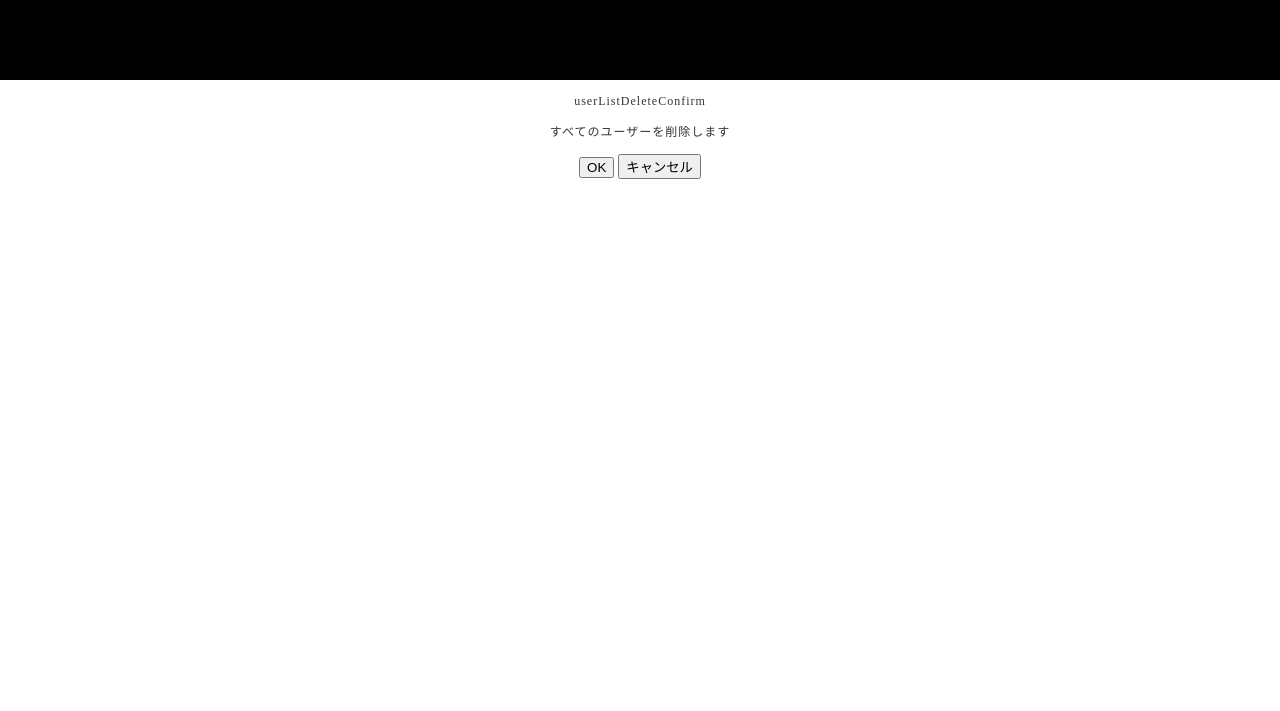
Repository: kazuki000/test
Page: http://localhost/ecsite/userListDeleteConfirm.jsp
These files come from the project's save history. The page is drawn as it stood at one moment and after the next save; the edit follows.
The browser window is 1280 px wide. The pictures show the whole page.
Some web libraries are served in a nearby version. The page is served by Tomcat 9. Other server files are loaded and not shown.

Above is the page before, as saved 2019-05-04 08:31:36.

### ecsite/WebContent/userListDeleteConfirm.jsp
<%@ page language="java" contentType="text/html; charset=UTF-8"
    pageEncoding="UTF-8"%>
<%@ taglib prefix="s" uri="/struts-tags"%>
<!DOCTYPE html PUBLIC "-//W3C//DTD HTML 4.01 Transitional//EN" "http://www.w3.org/TR/html4/loose.dtd">
<html>
<head>
	<meta http-equiv="Content-Type" content="text/html; charset=UTF-8">
	<meta http-equiv="Content-Style-Type" content="text/css"/>
	<meta http-equiv="Content-Script-Type" content="text/javascript"/>
	<meta http-equiv="imagetoolbar" content="no"/>
	<meta http-equiv="description" content=""/>
	<meta http-equiv="keywords" content=""/>
	<script src="http://ajax.googleapis.com/ajax/libs/jquery/1.9.1/jquery.min.js"></script>
	<title>Insert title here</title>

	<style type="text/css">

	body{
		margin:0;
		padding:0;
		line-height:1.6;
		letter-spacing:1px;
		font-size:12px;
		color:#333;
		background:#fff;
	}

	table{
		text-align:center;
		margin:0 auto;
	}

	#header{
		width:100%;
		height:80px;
		background-color:black;
	}

	#top{
		width:780px;
		text-align:center;
		border:1px solid black;
	}

	#main{
		width:100%;
		height:500px;
		text-align:center;
	}

	#footer{
		width:100%;
		height:80px;
		background-color:black;
	}

	</style>

	 <script type="text/javascript">
              function submitAction(url){
                       $('form').attr('action',url);
                       $('form').submit();
              }
      </script>

</head>
<body>
	<div id="header">
			<div id="pr">
			</div>
	</div>
	<div id="main">
			<div id="pr">
					<p>userListDeleteConfirm</p>
			</div>
				<p>すべてのユーザーを削除します</p>
			<div>
				<input type="button" value="OK" onclick="submitAction('UserListDeleteCompleteAction')"/>
				<input type="button" value="キャンセル" onclick="submitAction('ItemListAction')">
			</div>
		</div>


</body>
</html>

After the next save:
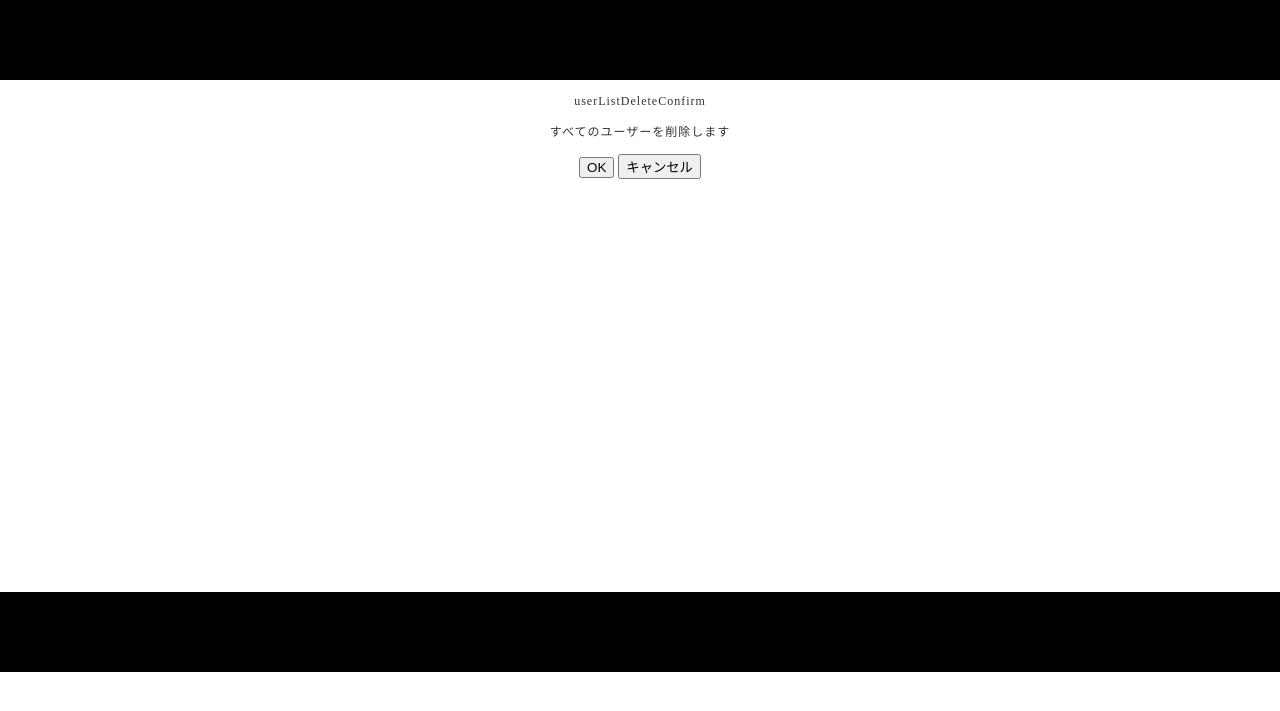
Saved 35 s later.
--- a/ecsite/WebContent/userListDeleteConfirm.jsp
+++ b/ecsite/WebContent/userListDeleteConfirm.jsp
@@ -79,6 +79,11 @@
 				<input type="button" value="キャンセル" onclick="submitAction('ItemListAction')">
 			</div>
 		</div>
+		<div id="footer">
+				<div id="pr">
+				</div>
+		</div>
+
 
 
 </body>
